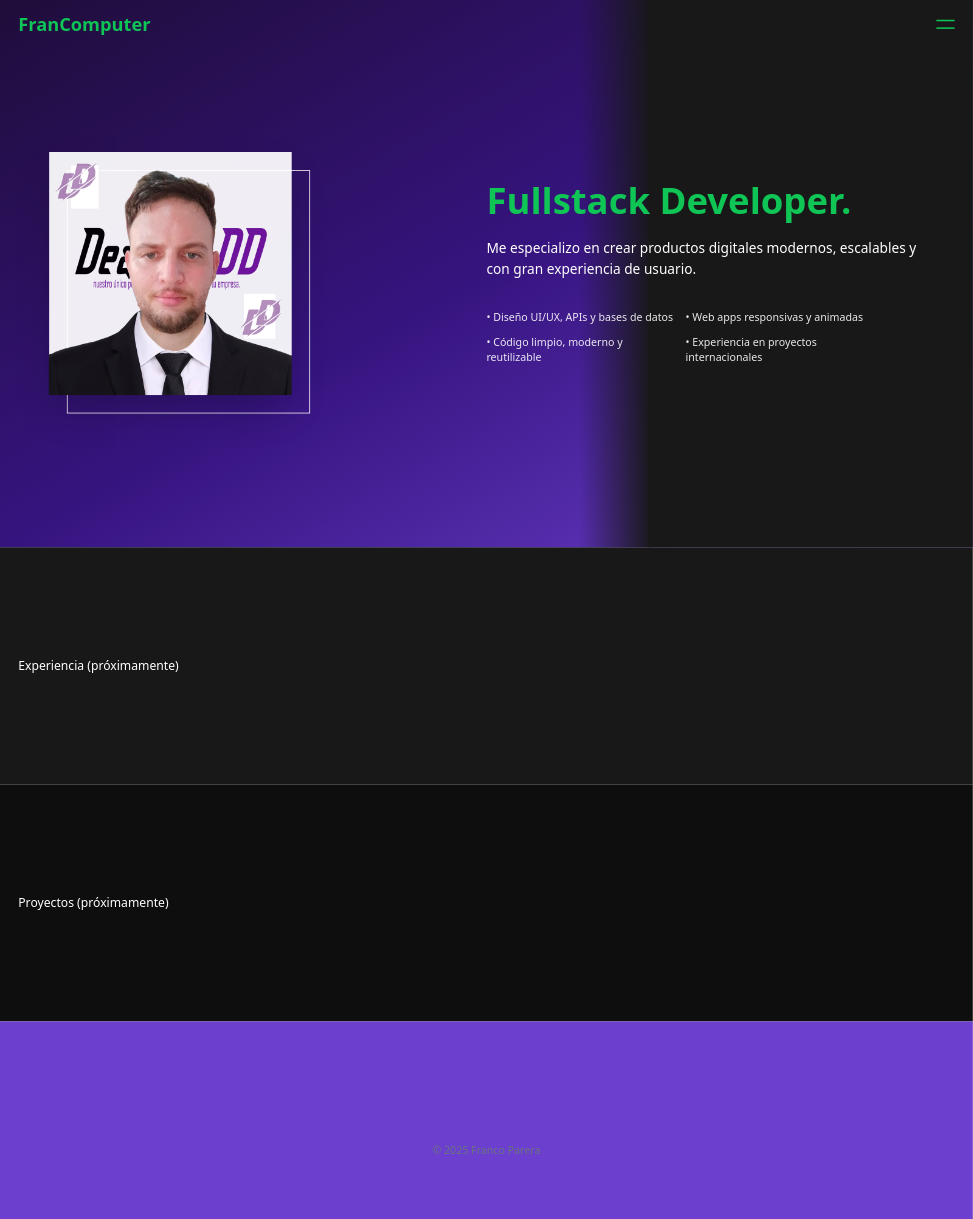
Repository: francoluca35/portfolio-franco-dev
Page: /
These files come from the project's save history. The page is drawn as it stood at one moment and after the next save; the edit follows.
The browser window is 1280 px wide. The pictures show the whole page, at 76% of full size.
The project was rebuilt for these pictures with package versions that can differ from the ones it lists, and the page was loaded fresh each time. The framework's server and built-in components were replaced by stand-ins that run in the browser. Also part of the build but not shown: next.config.js.

Above is the page before, as saved 2025-05-06 01:39:45.

After the next save:
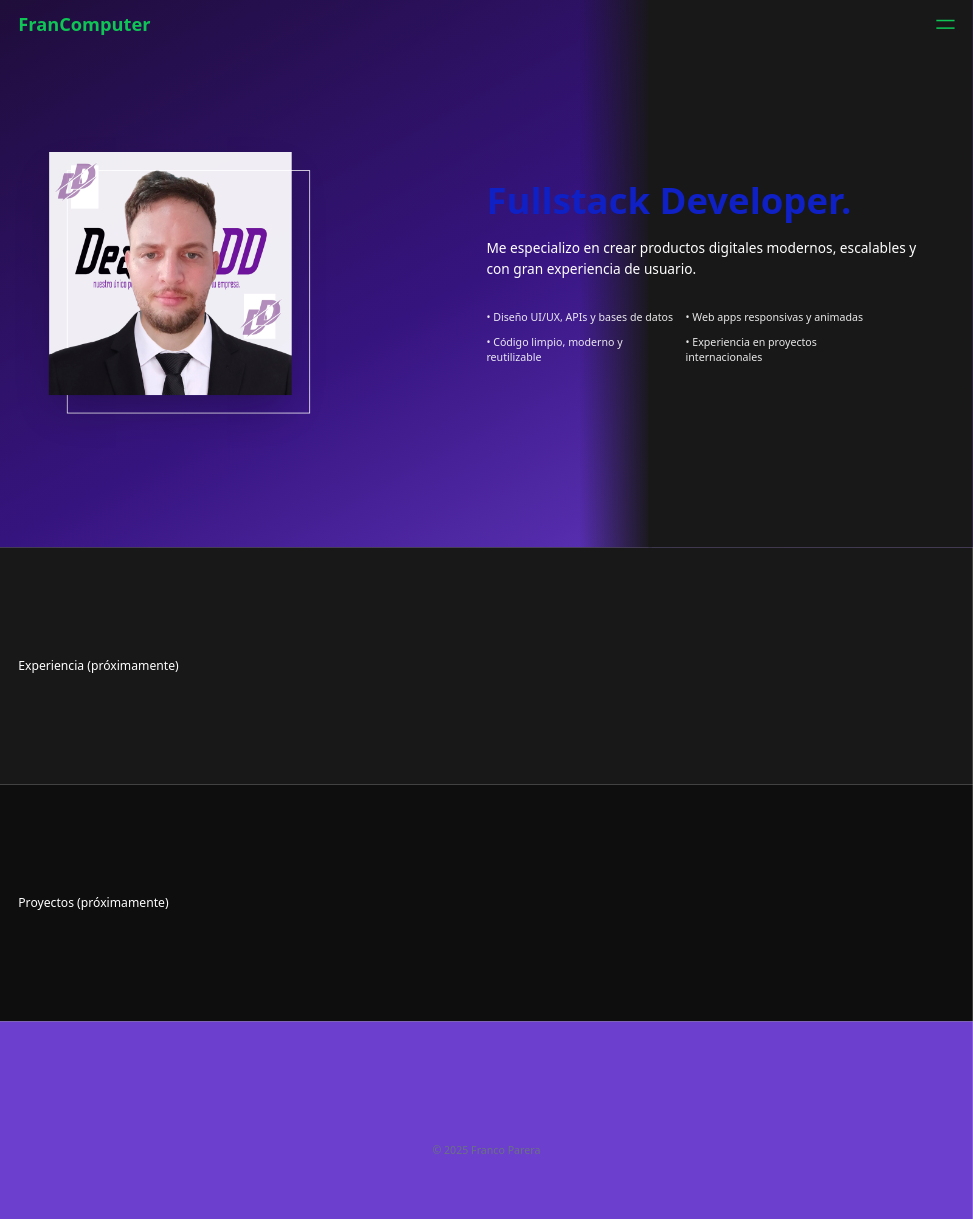
Saved 20 s later.
--- a/components/Hero.jsx
+++ b/components/Hero.jsx
@@ -41,7 +41,7 @@
             initial={{ opacity: 0, y: 20 }}
             animate={{ opacity: 1, y: 0 }}
             transition={{ duration: 0.6 }}
-            className="text-4xl sm:text-5xl font-extrabold text-[#0fc555]"
+            className="text-4xl sm:text-5xl font-extrabold text-[#0f21c5]"
           >
             Fullstack Developer.
           </motion.h1>

After the save that followed:
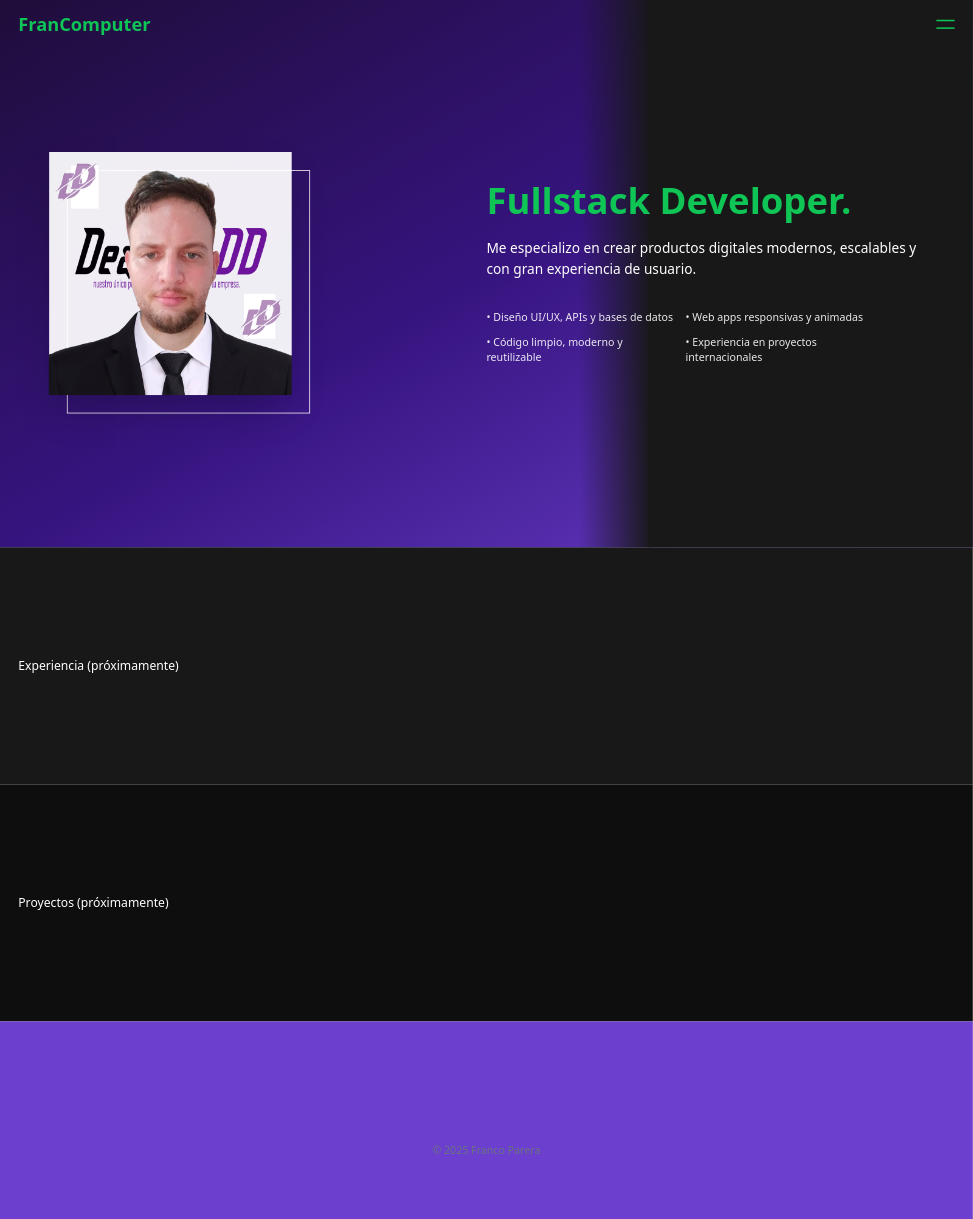
Saved 5 s later.
--- a/components/Hero.jsx
+++ b/components/Hero.jsx
@@ -41,7 +41,7 @@
             initial={{ opacity: 0, y: 20 }}
             animate={{ opacity: 1, y: 0 }}
             transition={{ duration: 0.6 }}
-            className="text-4xl sm:text-5xl font-extrabold text-[#0f21c5]"
+            className="text-4xl sm:text-5xl font-extrabold text-[#0fc555]"
           >
             Fullstack Developer.
           </motion.h1>
